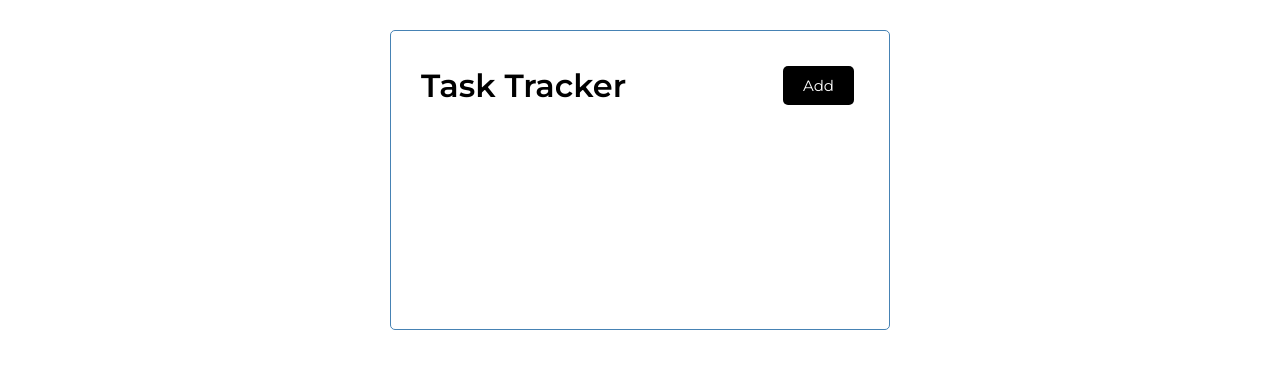
Repository: kate30980/task-tracker-reactjs
Page: /
The author's editor kept a copy of each file at every save. The page is drawn from the files as they stood at one save, then again after a run of saves.
The browser window is 1280 px wide. The pictures show the whole page.
The project was rebuilt for these pictures with package versions that can differ from the ones it lists, and the page was loaded fresh each time.

Above is the page before, as saved 2021-09-19 15:03:40.

After the next 2 saves:
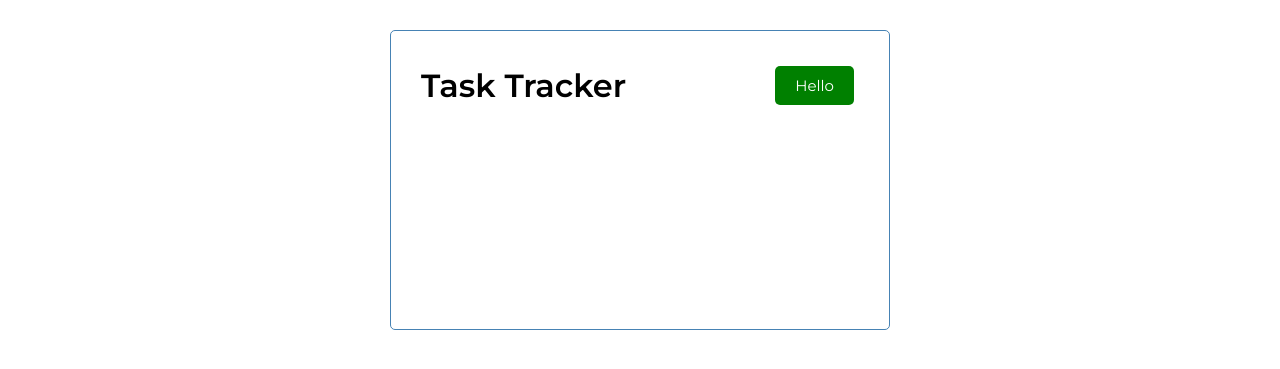
The 2 saves are shown as one change because 1 did not build or start.
The last was saved 90 s later.
--- a/src/components/Button.js
+++ b/src/components/Button.js
@@ -1,5 +1,9 @@
-const Button = () => {
-  return <button className="btn">Add</button>;
+const Button = ({ color, text }) => {
+  return (
+    <button style={{ backgroundColor: color }} className="btn">
+      {text}
+    </button>
+  );
 };
 
 export default Button;
